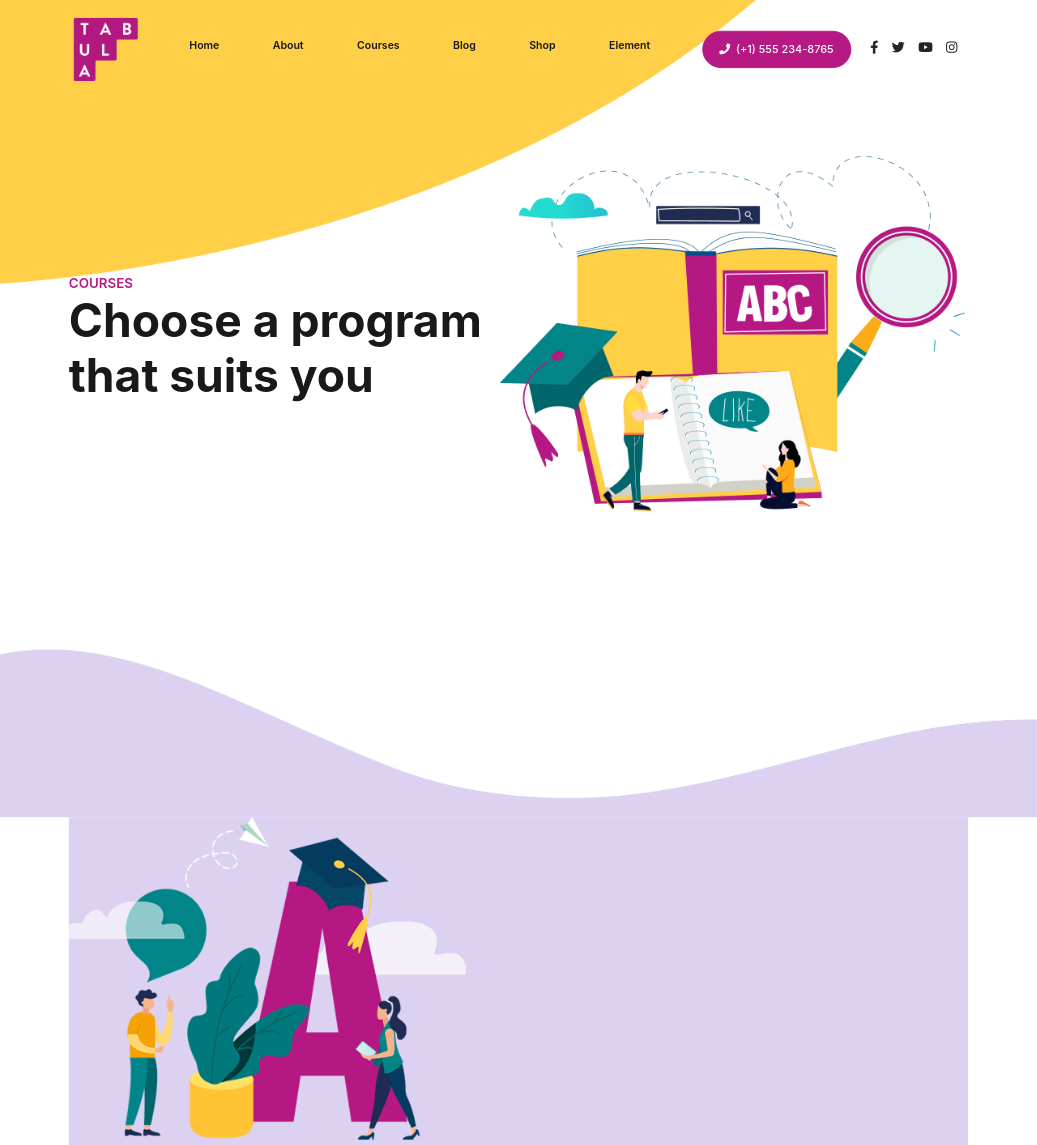
Repository: Khanh1234-glitch/TruongNguyenBaoKhanh_BC22_assignment__tabula
Page: Tabula/index.html
The author's editor kept a copy of each file at every save. The page is drawn from the files as they stood at one save, then again after the next save.
The browser window is 1280 px wide. The pictures show the whole page, at 81% of full size.
The style sheet was rebuilt from its Sass, Less or Tailwind sources for each picture, by a compiler version that may differ from the author's.

Above is the page before, as saved 2022-04-16 11:00:20.

After the next save:
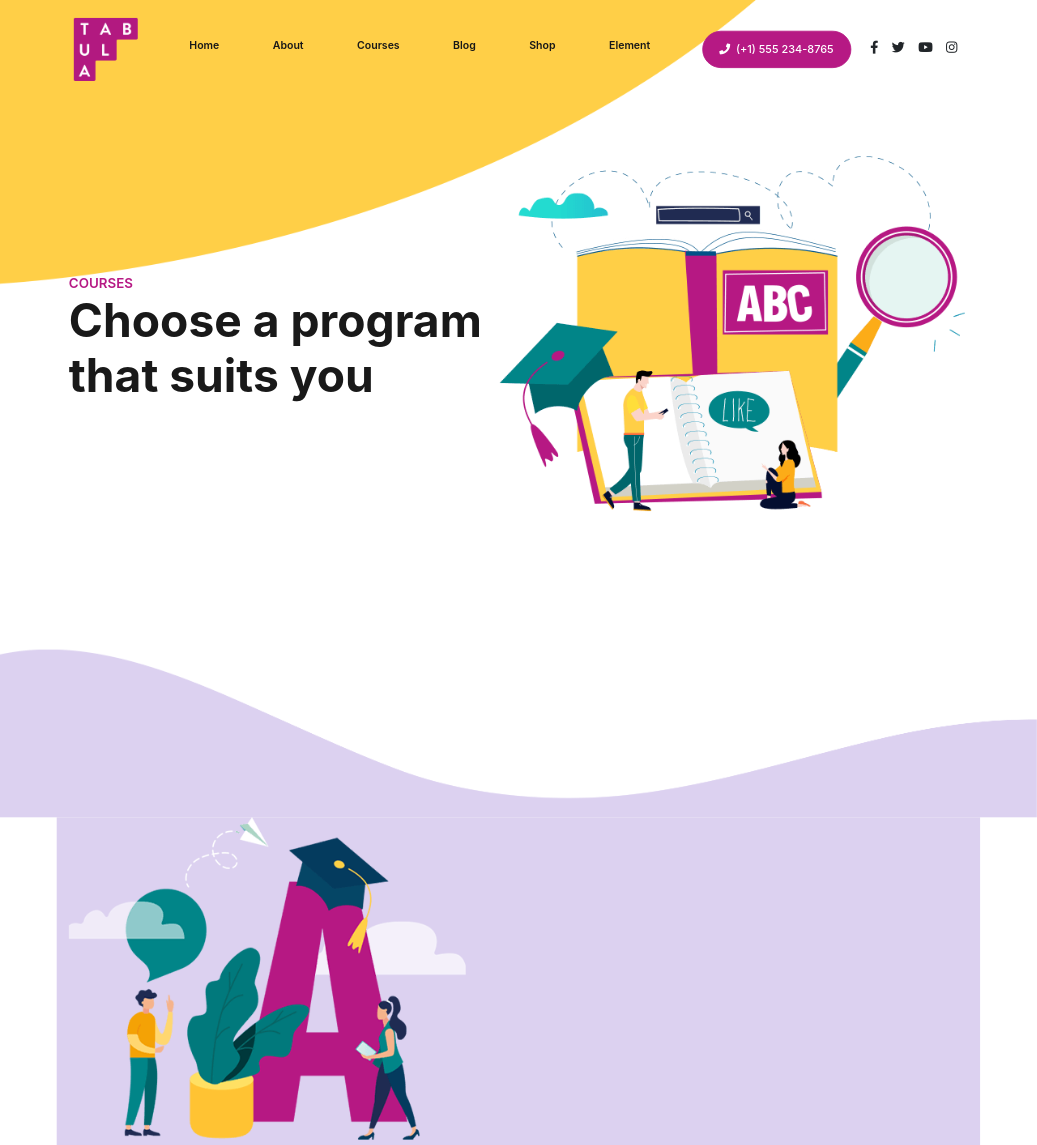
Saved 10 s later.
--- a/Tabula/Sass/Component/_benginer.scss
+++ b/Tabula/Sass/Component/_benginer.scss
@@ -1,3 +1,4 @@
-.title-beginner {
+.beginner {
     background-color: rgb(220, 209, 240);
+    width: 100%;
 }
